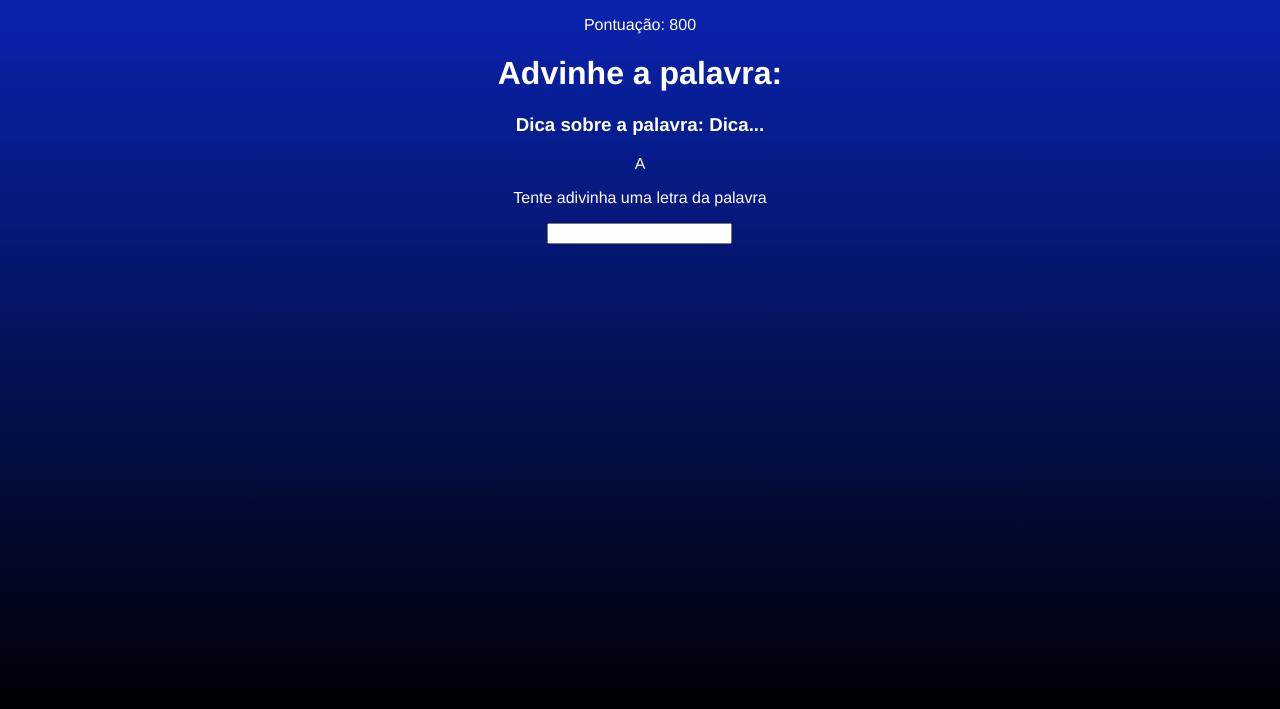
Repository: willamesalmeida/SecretWord
Page: /, after clicking the first element matching `button`
An editor plug-in stored every save of this project. The page is shown before and after the next save, followed by the edit.
The browser window is 1280 px wide. The pictures show the whole page.
The project was rebuilt for these pictures with package versions that can differ from the ones it lists, and the page was loaded fresh each time. Also part of the build but not shown: src/Global.css, src/components/StartScreen.css, src/components/Game.css, src/components/GameOver.js.

Above is the page before, as saved 2022-10-03 16:52:27.

After the next save:
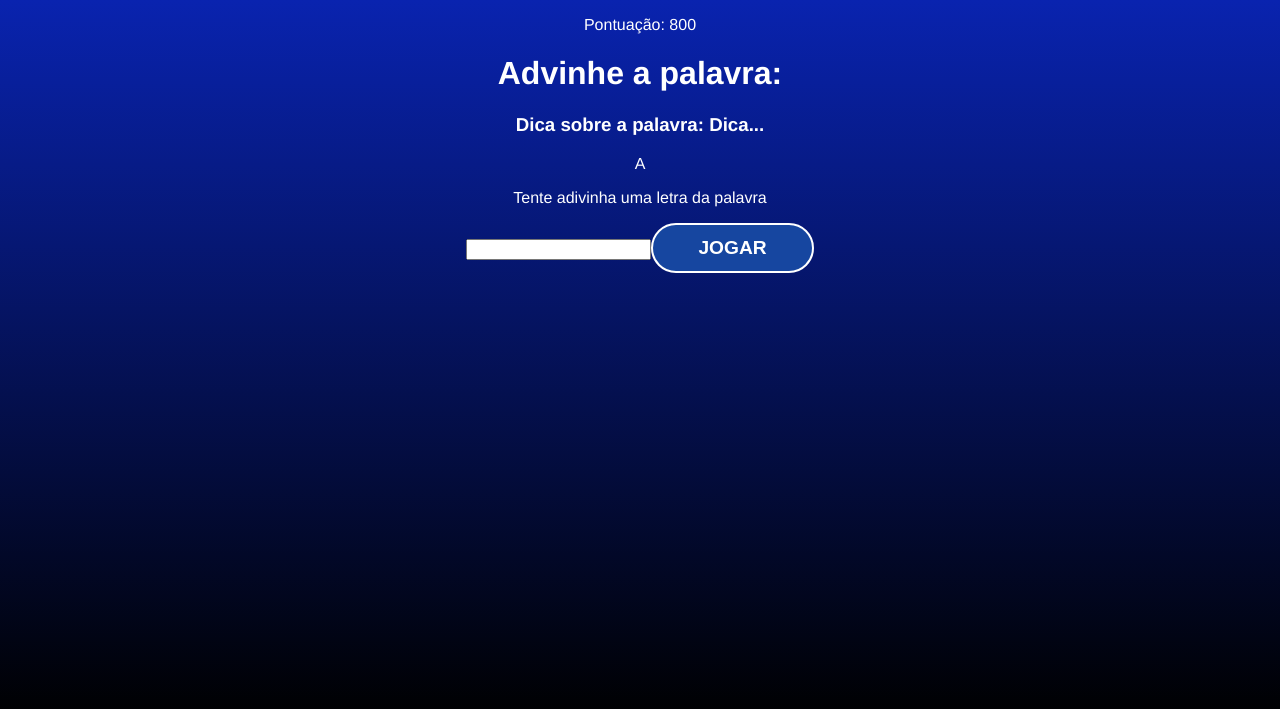
Saved 19 s later.
--- a/src/components/Game.js
+++ b/src/components/Game.js
@@ -18,6 +18,7 @@ const Game = ({verifyLetter}) => {
     <p>Tente adivinha uma letra da palavra</p>
     <form>
       <input type="text" name="letter" maxLength="1" required />
+      <button>Jogar</button>
     </form>
   </div>
 </div>
